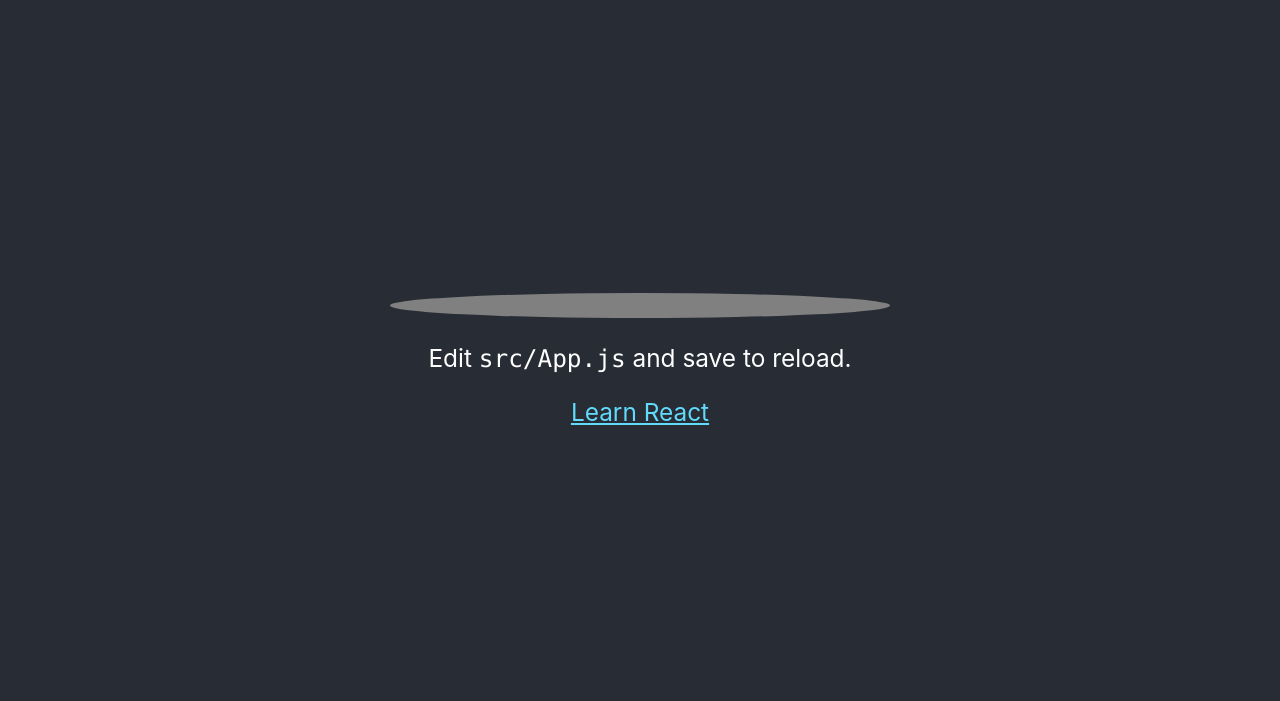
Repository: RahmanRakib9/TwentyOne
Page: /
These files come from the project's save history. The page is drawn as it stood at one moment and after a run of saves; the edit follows.
The browser window is 1280 px wide. The pictures show the whole page.
The project was rebuilt for these pictures with package versions that can differ from the ones it lists, and the page was loaded fresh each time.

Above is the page before, as saved 2022-10-07 23:27:12.

### src/App.js
import logo from './logo.svg';
import './App.css';

function App() {
  return (
    <div className="App">
      <header className="App-header">
        {/* <img src={logo} className="App-logo" alt="logo" /> */}
        <span style={{borderRadius:"50%",backgroundColor:"gray",height:"25px",width:"500px"}}></span>
        <p>
          Edit <code>src/App.js</code> and save to reload.
        </p>
        <a
          className="App-link"
          href="https://reactjs.org"
          target="_blank"
          rel="noopener noreferrer"
        >
          Learn React
        </a>
      </header>
    </div>
  );
}

export default App;

Loaded but not shown: public/index.html (common file); src/index.js (common file); src/index.css (common file); src/reportWebVitals.js (common file); src/App.css (common file)

After the next 2 saves:
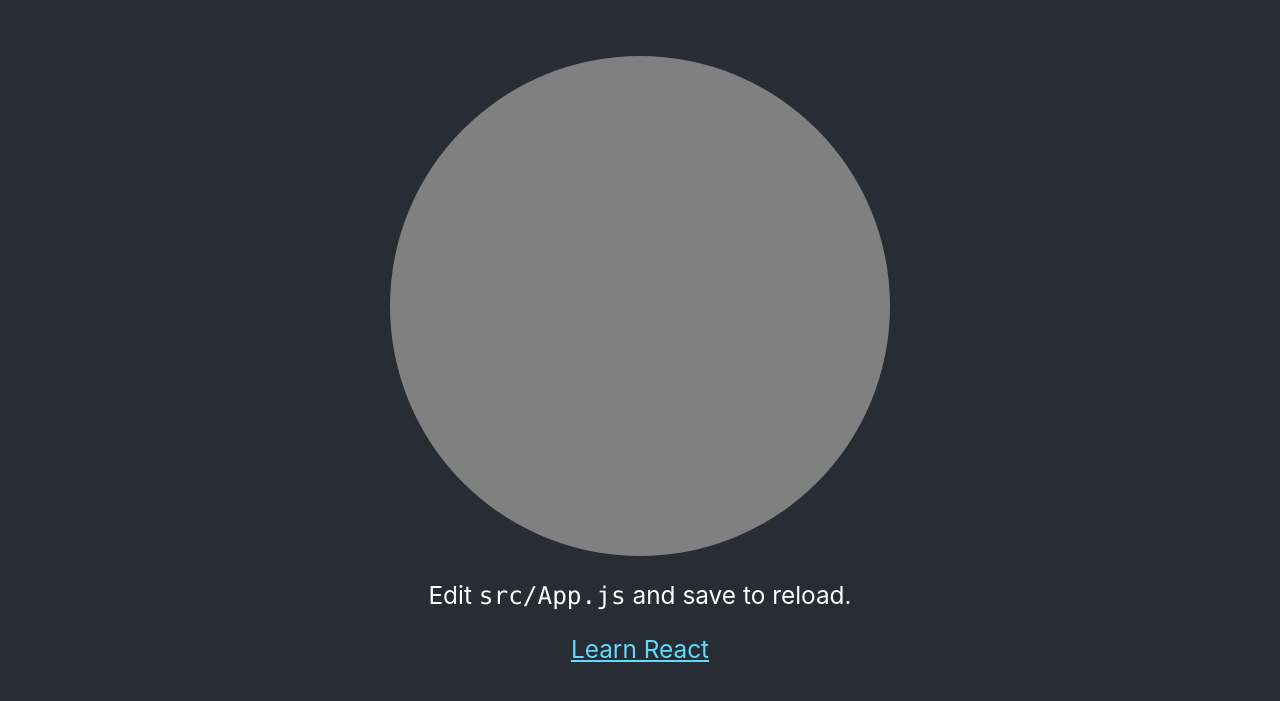
The 2 saves are shown as one change because they came seconds apart.
The last was saved 6 s later.
--- a/src/App.js
+++ b/src/App.js
@@ -6,7 +6,7 @@ function App() {
     <div className="App">
       <header className="App-header">
         {/* <img src={logo} className="App-logo" alt="logo" /> */}
-        <span style={{borderRadius:"50%",backgroundColor:"gray",height:"25px",width:"500px"}}></span>
+        <span style={{borderRadius:"50%",backgroundColor:"gray",height:"500px",width:"500px"}}></span>
         <p>
           Edit <code>src/App.js</code> and save to reload.
         </p>
